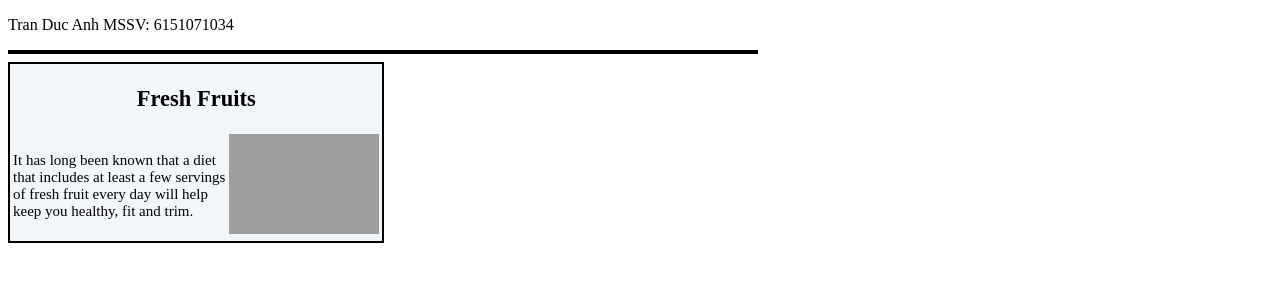
Repository: Helianthusss/Learn-CPP
Page: HTML/lap2/bai2.html
An editor plug-in stored every save of this project. The page is shown before and after the next save, followed by the edit.
The browser window is 1280 px wide. The pictures show the whole page.
Pictures or frames that could not be fetched are drawn as grey boxes.

Above is the page before, as saved 2021-09-22 10:51:09.

After the next save:
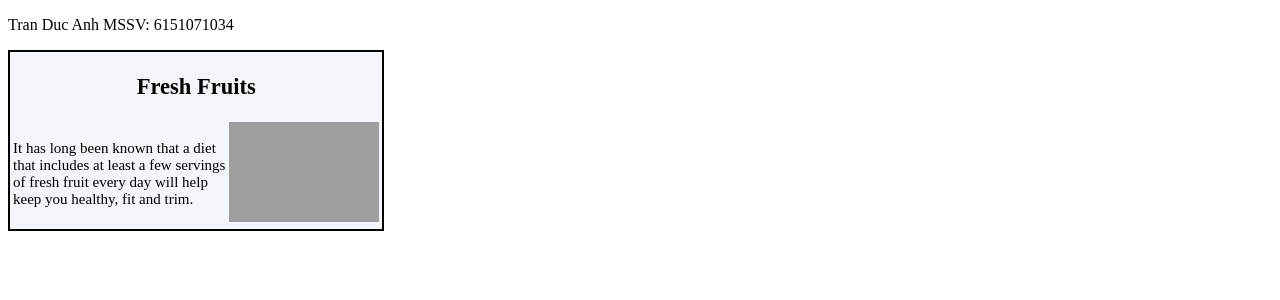
Saved 5 s later.
--- a/HTML/lap2/bai2.html
+++ b/HTML/lap2/bai2.html
@@ -27,7 +27,7 @@
       <tr>
         <th colspan="2"><h2>Fresh Fruits</h2></th>
       </tr>
-      <hr class="hr" width="59%" align="left" />
+
       <tr>
         <td>
           It has long been known that a diet<br />
